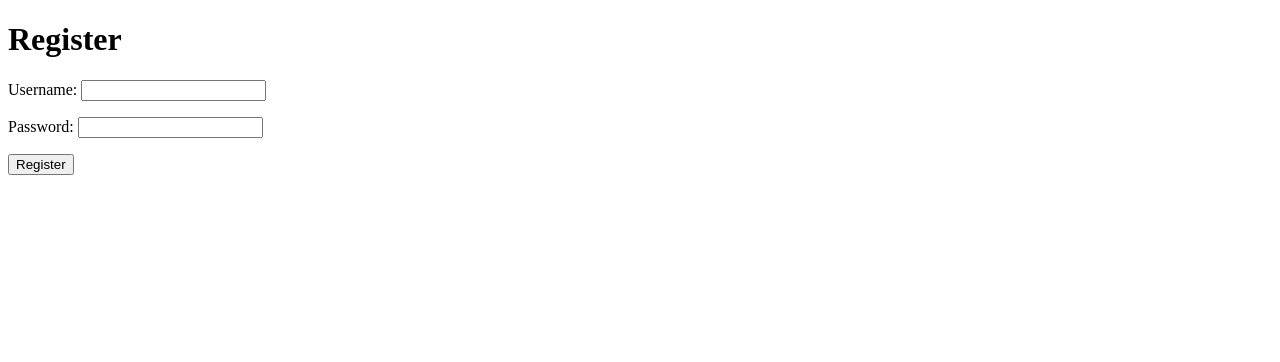
Repository: Nirbagi/isr-swimming-app
Page: src/server/views/register.html
The author's editor kept a copy of each file at every save. The page is drawn from the files as they stood at one save, then again after the next save.
The browser window is 1280 px wide. The pictures show the whole page.

Above is the page before, as saved 2022-03-01 14:06:49.

After the next save:
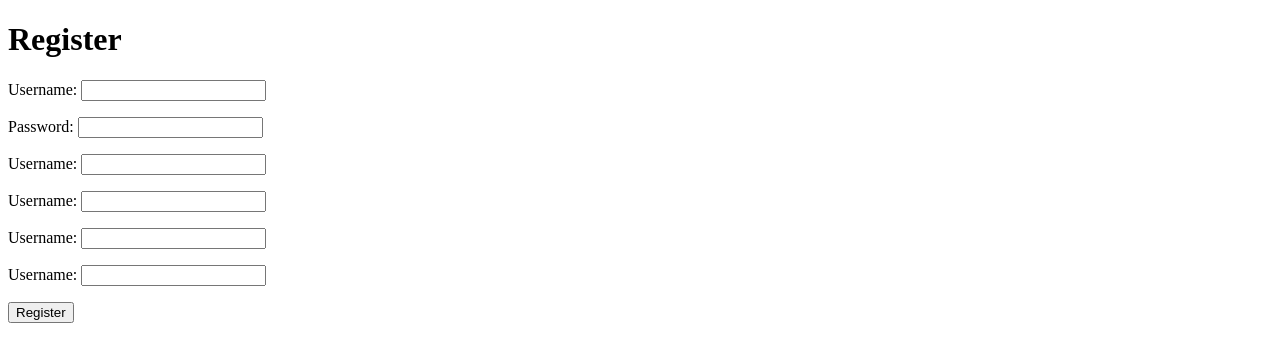
Saved 98 s later.
--- a/src/server/views/register.html
+++ b/src/server/views/register.html
@@ -9,6 +9,10 @@
   <form action="/auth/register" method="post">
     <p><label>Username: <input type="text" name="username"/></label></p>
     <p><label>Password: <input type="password" name="password"/></label></p>
+    <p><label>Username: <input type="text" name="first_name"/></label></p>
+    <p><label>Username: <input type="text" name="last_name"/></label></p>
+    <p><label>Username: <input type="text" name="email"/></label></p>
+    <p><label>Username: <input type="text" name="role"/></label></p>
     <p><button type="submit">Register</button></p>
   </form>
 </body>
